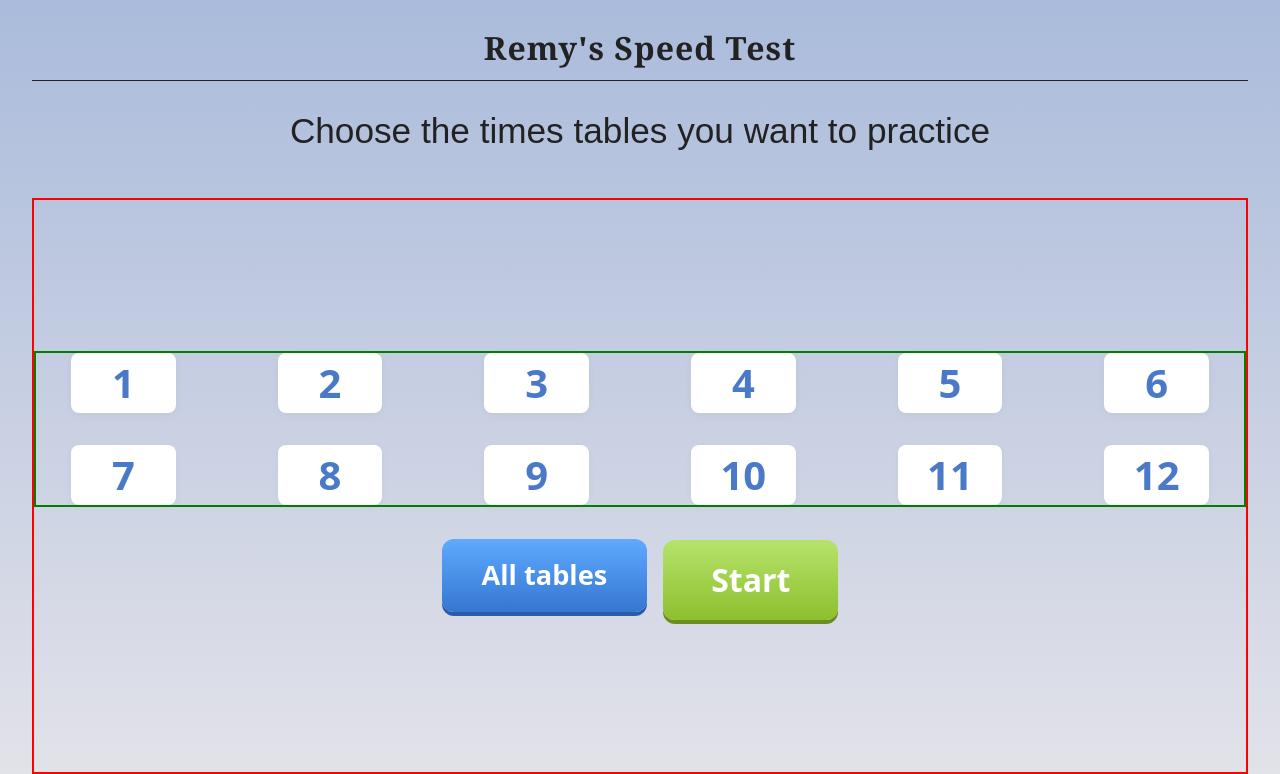
Repository: Chinurum-Omenuko/remys-speed-test
Page: / (app in app/)
These files come from the project's save history. The page is drawn as it stood at one moment and after the next save; the edit follows.
The browser window is 1280 px wide. The pictures show the whole page.
The project was rebuilt for these pictures with package versions that can differ from the ones it lists, and the page was loaded fresh each time. The framework's server and built-in components were replaced by stand-ins that run in the browser. Also part of the build but not shown: app/svelte.config.js, app/vite.config.ts.

Above is the page before, as saved 2025-11-17 12:48:26.

After the next save:
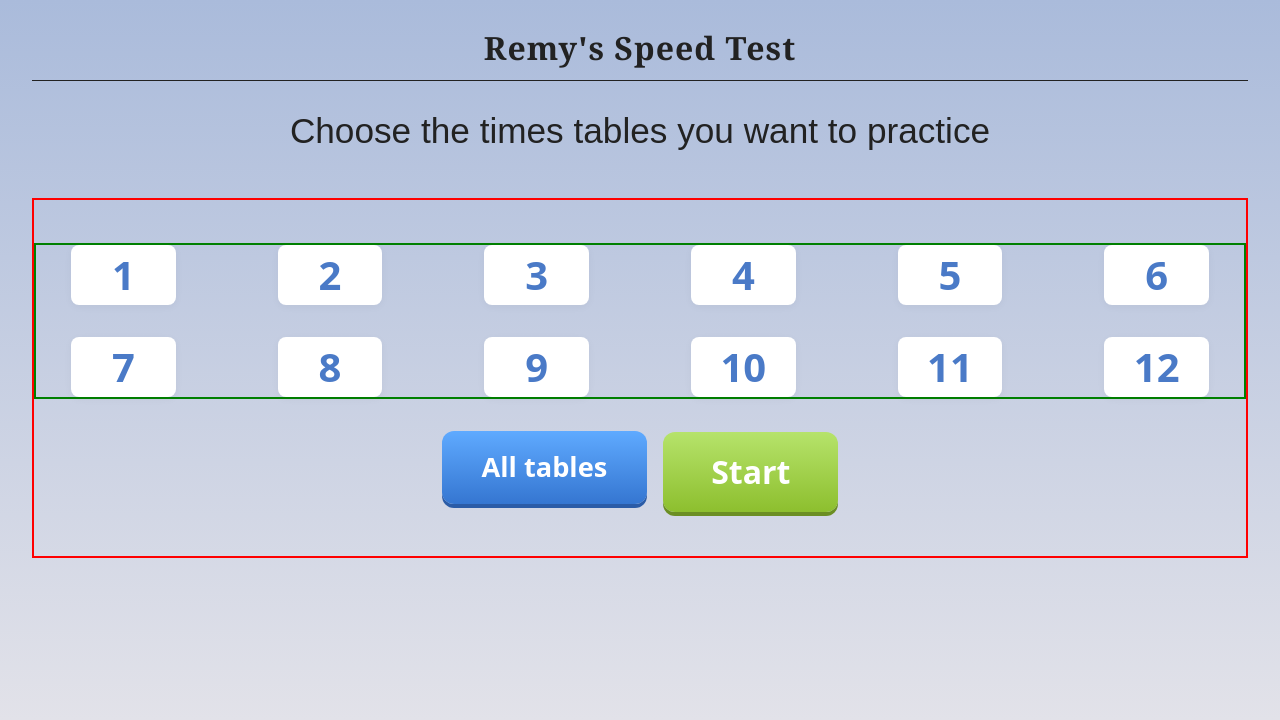
Saved 7 s later.
--- a/app/src/routes/+page.svelte
+++ b/app/src/routes/+page.svelte
@@ -106,7 +106,7 @@
 		justify-content: center;
 		align-items: center;
 		max-width: 100vw;
-		min-height: 80vh;
+		min-height: 50vh;
 	}
 	.tables-grid {
 		display: grid;
